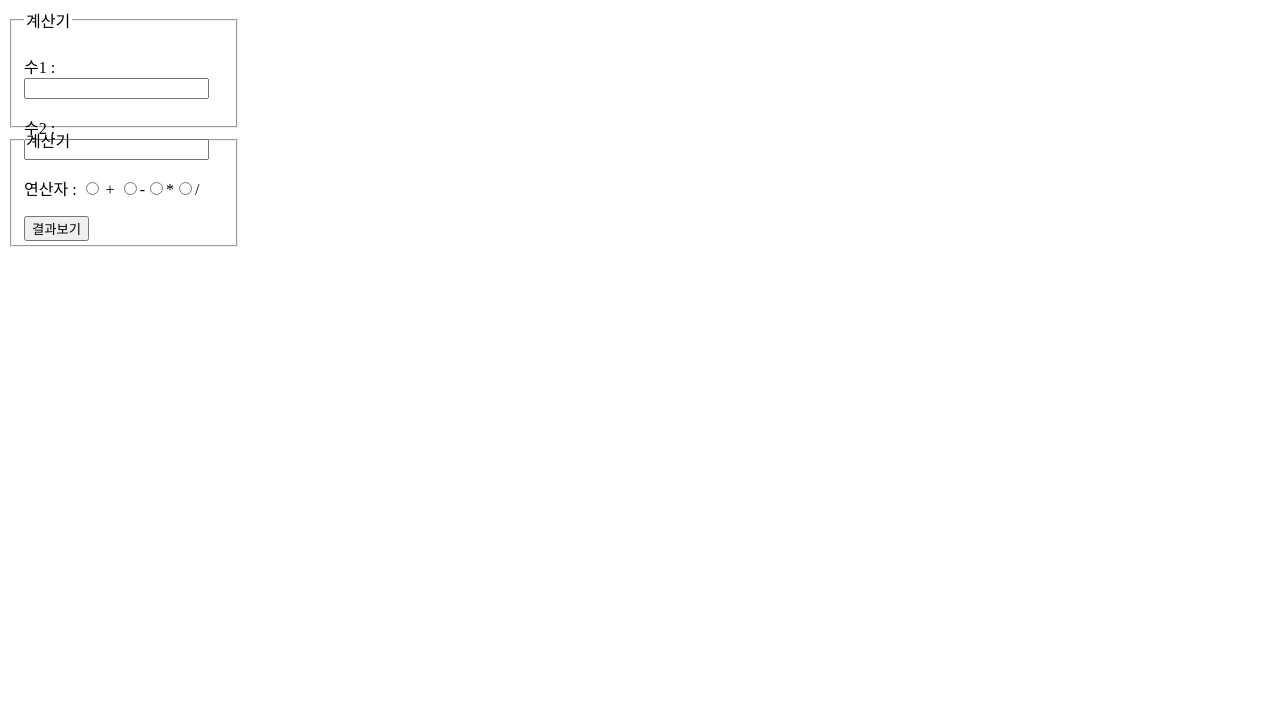
Repository: hagjun/jspstudy
Page: http://localhost/01_servlet/view/ex07.jsp
An editor plug-in stored every save of this project. The page is shown before and after the next save, followed by the edit.
The browser window is 1280 px wide. The pictures show the whole page.
The page is served by Tomcat 9. Other server files are loaded and not shown.

Above is the page before, as saved 2024-03-04 08:08:08.
Console error: SyntaxError: Unexpected token '.'

### 01_servlet/src/main/webapp/view/ex07.jsp
<%@ page language="java" contentType="text/html; charset=UTF-8"
    pageEncoding="UTF-8"%>
<!DOCTYPE html>
<html>
<head>
<meta charset="UTF-8">
<title>Insert title here</title>
<style type="text/css">
	fieldset {
		width: 200px;
		height: 100px;
	}
</style>
<script type="text/javascript">
	function f.send_go(f) {
		// form 에 action이 없으면
		let name = f.userName.value;
		if(name === ''){
			alert("이름을 입력하세요");
			f.userName.focus();
			return; // 자기를 호출할놈한테 간다.
		}
		f.action = "/01_servlet/Ex06";
		f.submit();
	}
</script>
</head>
<body>
	<form  method="get">
	<fieldset>
		<legend>계산기</legend>
		<p>수1 : <input type="number" name="su1" required>
		<p>수2 : <input type="number" name="su2" required>
		<p class="a1">연산자 : <input type="radio"> + <input type="radio" >-<input type="radio" >*<input type="radio" >/</p>
		<p><input type="button" value="결과보기" onclick="f.send_go()"></p>
	</fieldset>
	</form>
	<fieldset>
		<legend>계산기</legend>
	</fieldset>
</body>
</html>

After the next save:
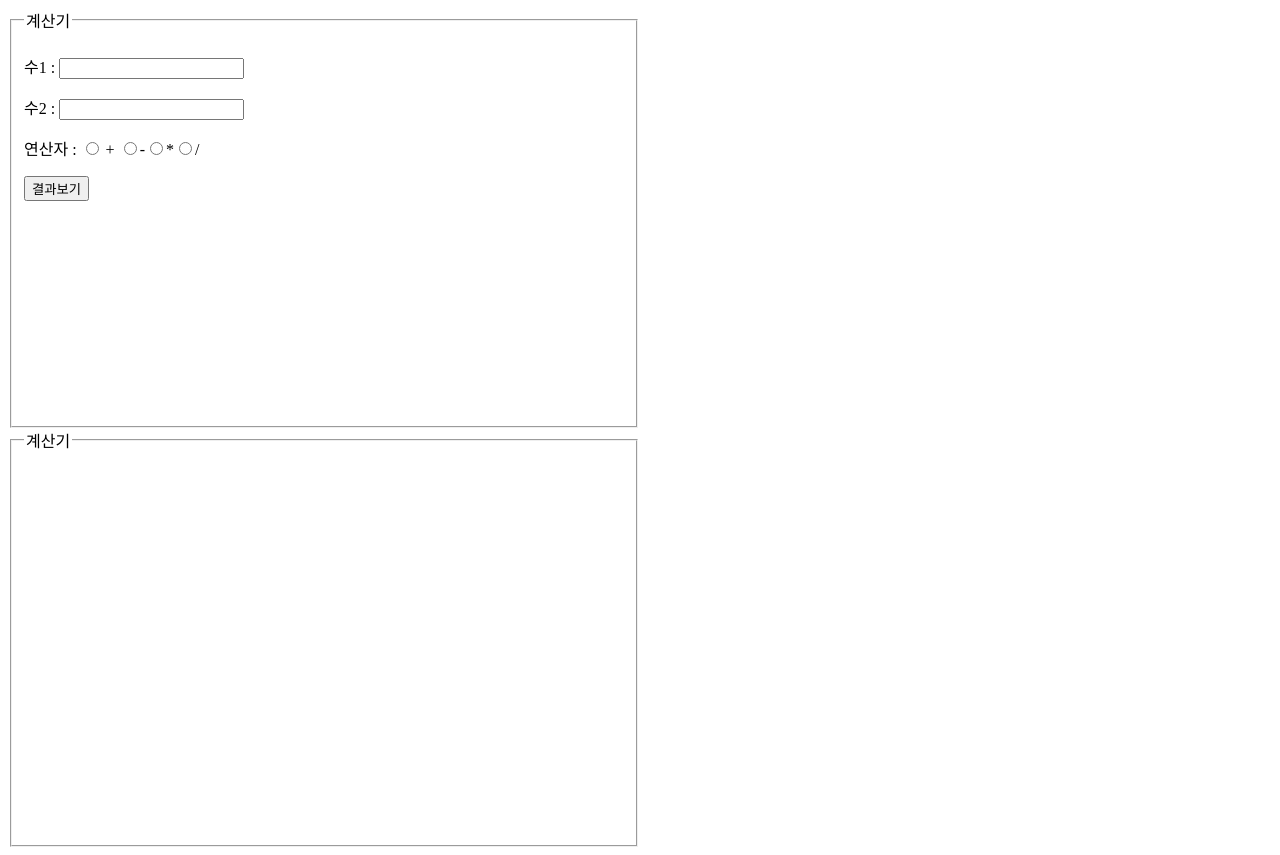
Saved 9 s later.
--- a/01_servlet/src/main/webapp/view/ex07.jsp
+++ b/01_servlet/src/main/webapp/view/ex07.jsp
@@ -7,8 +7,8 @@
 <title>Insert title here</title>
 <style type="text/css">
 	fieldset {
-		width: 200px;
-		height: 100px;
+		width: 600px;
+		height: 400px;
 	}
 </style>
 <script type="text/javascript">
